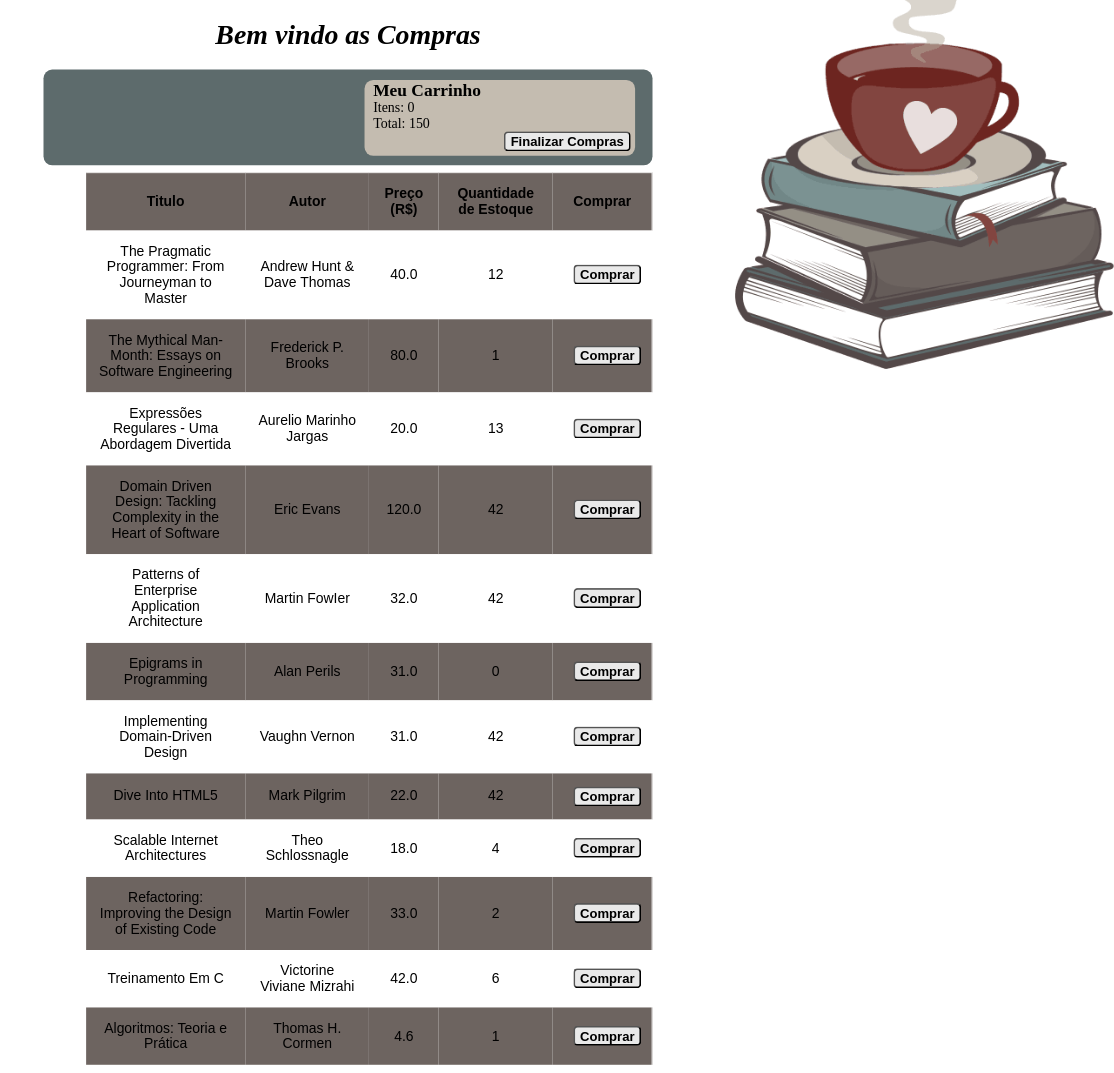
Repository: gabriellacrystina/ProjetoTegra
Page: http://localhost/book-store/Produtos
These files come from the project's save history. The page is drawn as it stood at one moment and after the next save; the edit follows.
The browser window is 1280 px wide. The pictures show the whole page, at 87% of full size.
Backgrounds fixed to the window are drawn as part of the page. The page is served by Tomcat 9.

Above is the page before, as saved 2016-07-04 17:53:52.

After the next save:
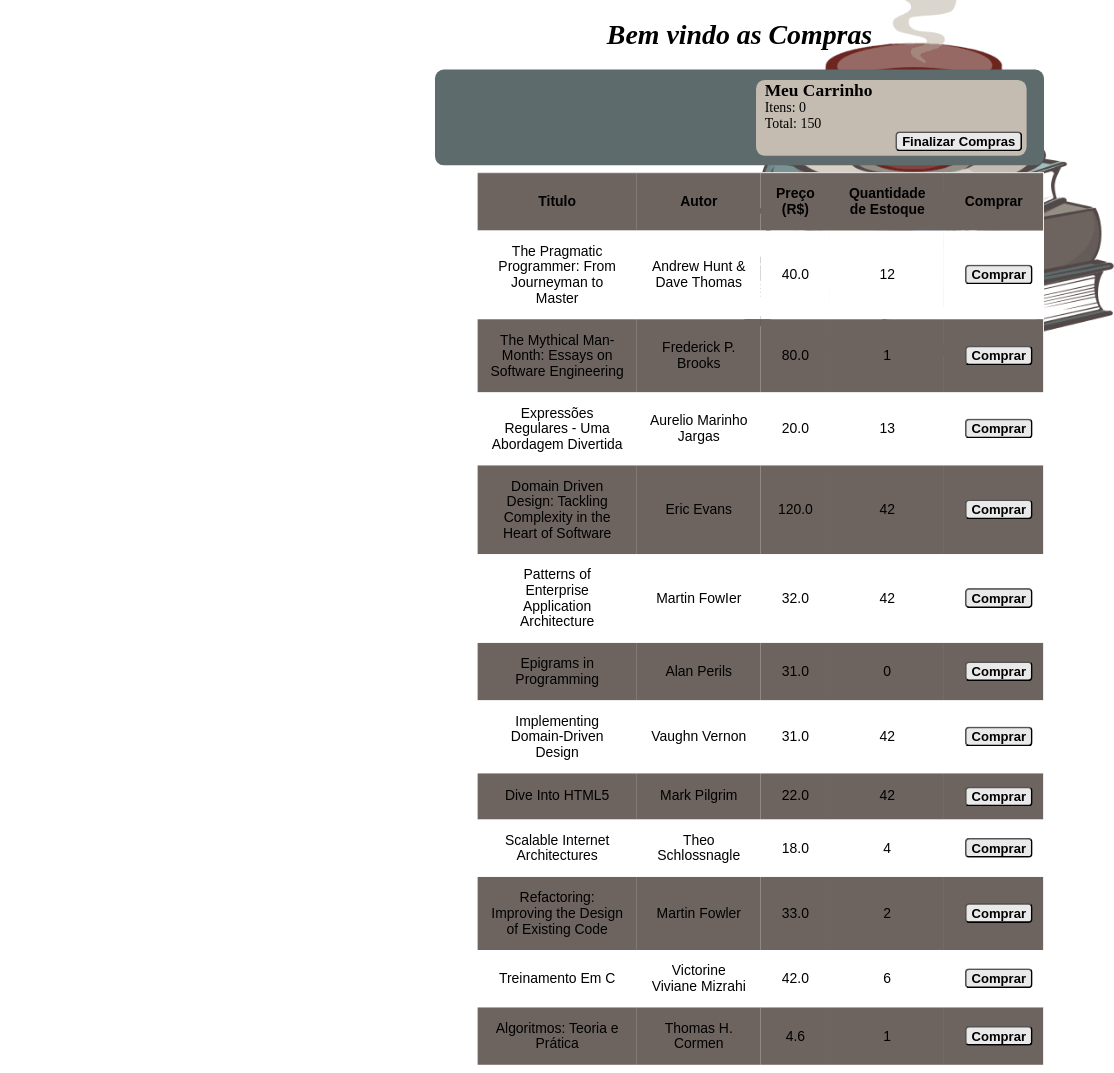
Saved 7 s later.
--- a/book-store/WebContent/book_store_stile.css
+++ b/book-store/WebContent/book_store_stile.css
@@ -6,8 +6,8 @@ body {
 	background-position: right top;
 	background-attachment: fixed;
     width: 700px;
-    margin-left: 50px;
-	margin-right: 50px;
+    margin-left: 500px;
+	margin-right: 500px;
 }
 
 h1 {
